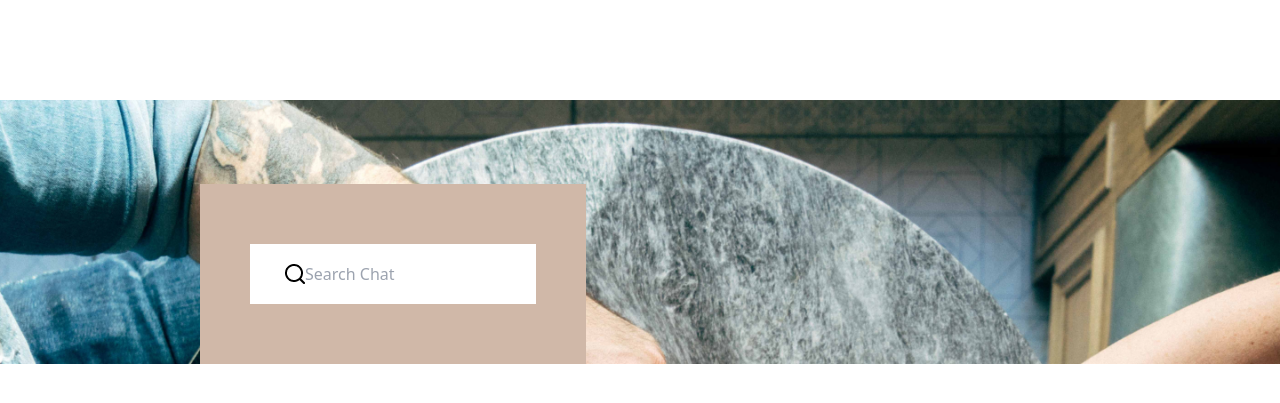
Repository: boykebn/fw12-collab2-FRONTEND
Page: /chat (app in our/)
These files come from the project's save history. The page is drawn as it stood at one moment and after the next save; the edit follows.
The browser window is 1280 px wide. The pictures show the whole page.
The project was rebuilt for these pictures with package versions that can differ from the ones it lists, and the page was loaded fresh each time. The framework's server and built-in components were replaced by stand-ins that run in the browser. Also part of the build but not shown: our/next.config.js.

Above is the page before, as saved 2022-12-31 23:39:00.

### our/pages/_app.js
import "../styles/globals.css";
import { Provider } from "react-redux";
import { store } from "../redux/store";

export default function App({ Component, pageProps }) {
  return (
    <Provider store={store}>
      <Component {...pageProps} />
    </Provider>
  );
}

### our/pages/chat.js
import React from "react";
import Image from "next/image";
import search from "../assets/search.png";

const Chat = () => {
  return (
    <div className="pt-[100px]">
      <div className="bg-[url('../assets/background-chat.png')] bg-cover bg-no-repeat">
        <div className="pt-[84px] px-[200px] flex">
          <div className="border-1 bg-[#d0b8a8] py-[60px] px-[50px]">
            <div className="border-1 flex items-center bg-white py-[18px] pl-[35px]">
              <Image src={search} alt="search" />
              <input placeholder="Search Chat" className="focus:outline-none" />
            </div>
          </div>
          <div></div>
        </div>
      </div>
    </div>
  );
};

export default Chat;

### our/styles/globals.css
@tailwind base;
@tailwind components;
@tailwind utilities;

@import url("https://fonts.googleapis.com/css2?family=Rubik&display=swap");
.btn {
  text-transform: none;
  width: 100%;
}
.input {
  width: 100%;
}

@media (min-width: 768px) {
  .bg-forgot-password {
    background-image: url("../images/forgotPasswordBg.png");
  }
}

### our/redux/store.js
import { configureStore } from '@reduxjs/toolkit';
import thunk from 'redux-thunk'
import reducer from './reducers';
import {persistStore} from 'redux-persist'

const store = configureStore({
    reducer,
    middleware: [thunk]
})

const persistor = persistStore(store)

export {store, persistor}

### our/redux/reducers/index.js
import {combineReducers} from '@reduxjs/toolkit';
import {persistReducer} from 'redux-persist'
import storage from 'redux-persist/lib/storage'
import auth from './auth'

const authConfig = {
    key: 'auth',
    storage
}

const reducer = combineReducers({
    auth: persistReducer(authConfig, auth),
})

export default reducer

### our/redux/reducers/auth.js
import {createSlice} from '@reduxjs/toolkit'

const initialState = {
    token: null
}

const authReducer = createSlice({
    name: 'auth',
    initialState,
    reducers: {
        logout: (state, action) => {
            return initialState
        }
    },
    extraReducers: (build) => {
    }
})

export const { logout } = authReducer.actions

export default authReducer.reducer

### our/tailwind.config.js
/** @type {import('tailwindcss').Config} */
module.exports = {
  content: [
    "./pages/**/*.{js,ts,jsx,tsx}",
    "./components/**/*.{js,ts,jsx,tsx}",
  ],
  theme: {
    extend: {
      fontFamily: {
        rubik: ["Rubik", "sans-serif"],
      },
      backgroundImage: {
        order_bg: "url('../images/bg-1.png')",
      },
    },
  },
  plugins: [require("daisyui")],
};

After the next save:
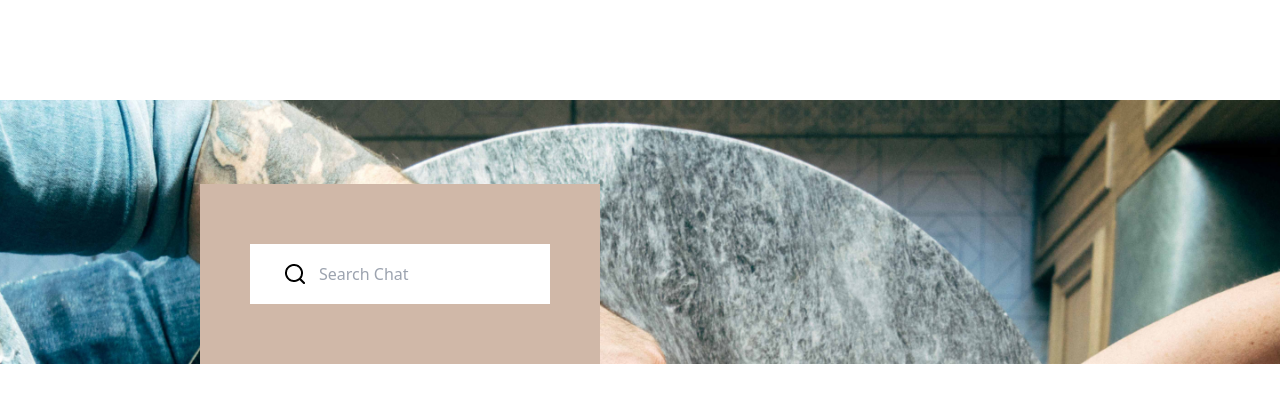
Saved 12 s later.
--- a/our/pages/chat.js
+++ b/our/pages/chat.js
@@ -9,7 +9,7 @@ const Chat = () => {
         <div className="pt-[84px] px-[200px] flex">
           <div className="border-1 bg-[#d0b8a8] py-[60px] px-[50px]">
             <div className="border-1 flex items-center bg-white py-[18px] pl-[35px]">
-              <Image src={search} alt="search" />
+              <Image src={search} alt="search" className="mr-[14px]" />
               <input placeholder="Search Chat" className="focus:outline-none" />
             </div>
           </div>
